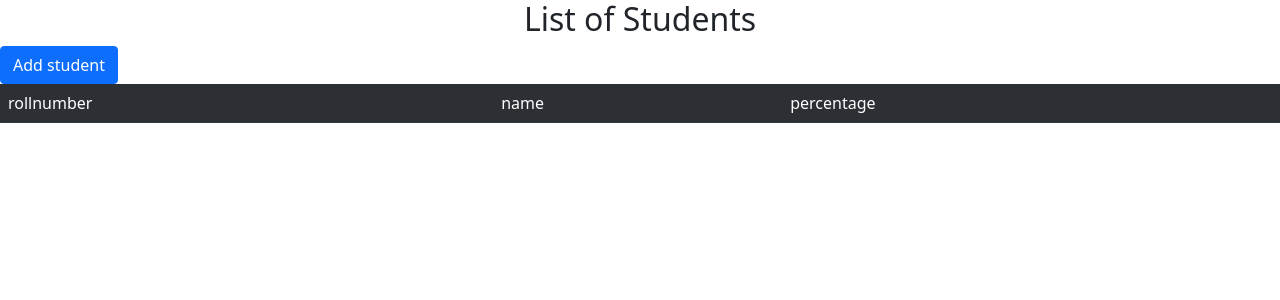
Repository: RMVLajaykumar/monojavaee
Page: http://localhost/12-student-mvc-db/Student
An editor plug-in stored every save of this project. The page is shown before and after the next save, followed by the edit.
The browser window is 1280 px wide. The pictures show the whole page.
The page is served by Tomcat 9. Other server files are loaded and not shown. Queries for data that is not in the repository find no rows.

Above is the page before, as saved 2024-07-17 09:30:17.

### 12-student-mvc-db/WebContent/view-student.jsp
<%@ page language="java" contentType="text/html; charset=ISO-8859-1"
    pageEncoding="ISO-8859-1"%>
<%@ taglib uri="http://java.sun.com/jsp/jstl/core" prefix="c"%>
<%@ taglib uri="http://java.sun.com/jsp/jstl/functions" prefix="fn"%>
<link href="https://cdn.jsdelivr.net/npm/bootstrap@5.0.2/dist/css/bootstrap.min.css" rel="stylesheet" integrity="sha384-EVSTQN3/azprG1Anm3QDgpJLIm9Nao0Yz1ztcQTwFspd3yD65VohhpuuCOmLASjC" crossorigin="anonymous">
<script src="https://cdn.jsdelivr.net/npm/bootstrap@5.0.2/dist/js/bootstrap.bundle.min.js" integrity="sha384-MrcW6ZMFYlzcLA8Nl+NtUVF0sA7MsXsP1UyJoMp4YLEuNSfAP+JcXn/tWtIaxVXM" crossorigin="anonymous"></script>

<!DOCTYPE html>
<html>
<head>
<meta charset="ISO-8859-1">
<title>Insert title here</title>
</head>
<body>
<h2 class="text-center">List of Students</h2>



<table class="table table-dark table-striped">
		<tr>
			<td>rollnumber</td>
			<td>name</td>
			<td>percentage</td>

		</tr>
		<c:forEach var="student" items="${theStudentList}" >
			<tr>
				<td>${student.rollnumber}</td>
				<td>${student.name}</td>
				<td>${student.pecentage}</td>


			</tr>
	 </c:forEach>

          <a href="add-student.jsp" class="btn btn-primary">Add student</a>


</body>
</html>

### 12-student-mvc-db/src/com/monocept/controller/StudentController.java
package com.monocept.controller;

import java.io.IOException;
import java.util.List;

import javax.annotation.Resource;
import javax.servlet.RequestDispatcher;
import javax.servlet.ServletException;
import javax.servlet.annotation.WebServlet;
import javax.servlet.http.HttpServlet;
import javax.servlet.http.HttpServletRequest;
import javax.servlet.http.HttpServletResponse;
import javax.sql.DataSource;

import com.monocept.dao.StudentDbUtil;
import com.monocept.entry.Student;


@WebServlet("/Student")
public class StudentController extends HttpServlet {
	private static final long serialVersionUID = 1L;

	private StudentDbUtil studentDbUtil;

   @Resource (name="jdbc/studentdb")
   private DataSource dataSource;

   @Override
   public void init() throws ServletException{
	   super.init();
	   studentDbUtil=new StudentDbUtil(dataSource);

   }


	protected void doGet(HttpServletRequest request, HttpServletResponse response) throws ServletException, IOException {
		String  command;
		command=request.getParameter("command");

		if(command==null) {
			command="list";
		}

		System.out.println(command);

		switch(command) {
		case "add":
			addStudent(request,response);
			break;
		default :
			listStudent(request,response);

		}
	}
	private void addStudent(HttpServletRequest request, HttpServletResponse response) throws ServletException, IOException {
		String name=request.getParameter("name");
		String percentageParameter=request.getParameter("pecentage");
		int pecentage=0;
		try {
		if(percentageParameter!=null && !percentageParameter.isEmpty()) {
			pecentage=Integer.parseInt(percentageParameter);
		}
		}
		catch(NumberFormatException e) {
			e.printStackTrace();
		}

		Student student = new Student(name,pecentage);
		System.out.println(student);

		boolean isAdded=studentDbUtil.addStudent(student);
		 System.out.println(isAdded);
		 if(isAdded) {
			 response.sendRedirect(request.getContextPath() + "/Student");
		 }
		 //listStudent(request,response);

	 }

	private void listStudent(HttpServletRequest request, HttpServletResponse response)  throws ServletException, IOException {
		List<Student> studentList = studentDbUtil.getStudent();
		System.out.println(studentList);
		request.setAttribute("theStudentList", studentList);
		RequestDispatcher requestDispatcher = request.getRequestDispatcher("view-student.jsp");
		requestDispatcher.forward(request, response);


	}


	protected void doPost(HttpServletRequest request, HttpServletResponse response) throws ServletException, IOException {

	}

}

After the next save:
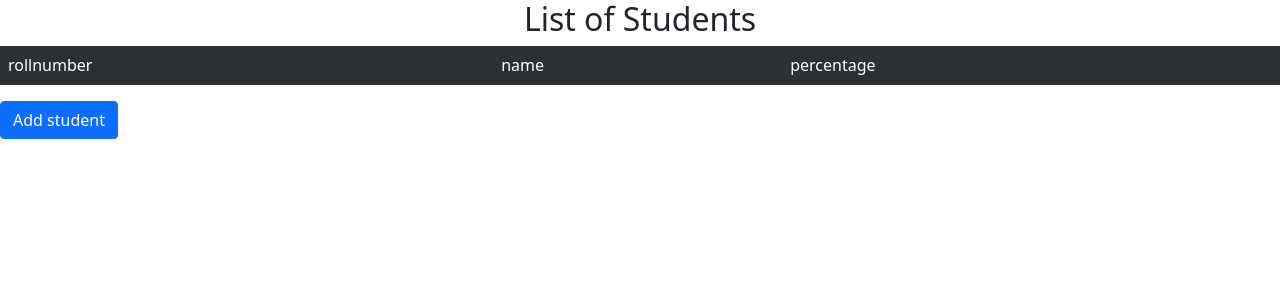
Saved 103 s later.
--- a/12-student-mvc-db/WebContent/view-student.jsp
+++ b/12-student-mvc-db/WebContent/view-student.jsp
@@ -33,6 +33,8 @@
 			</tr>
 	 </c:forEach>
 
+	 </table>
+
           <a href="add-student.jsp" class="btn btn-primary">Add student</a>
 
 
